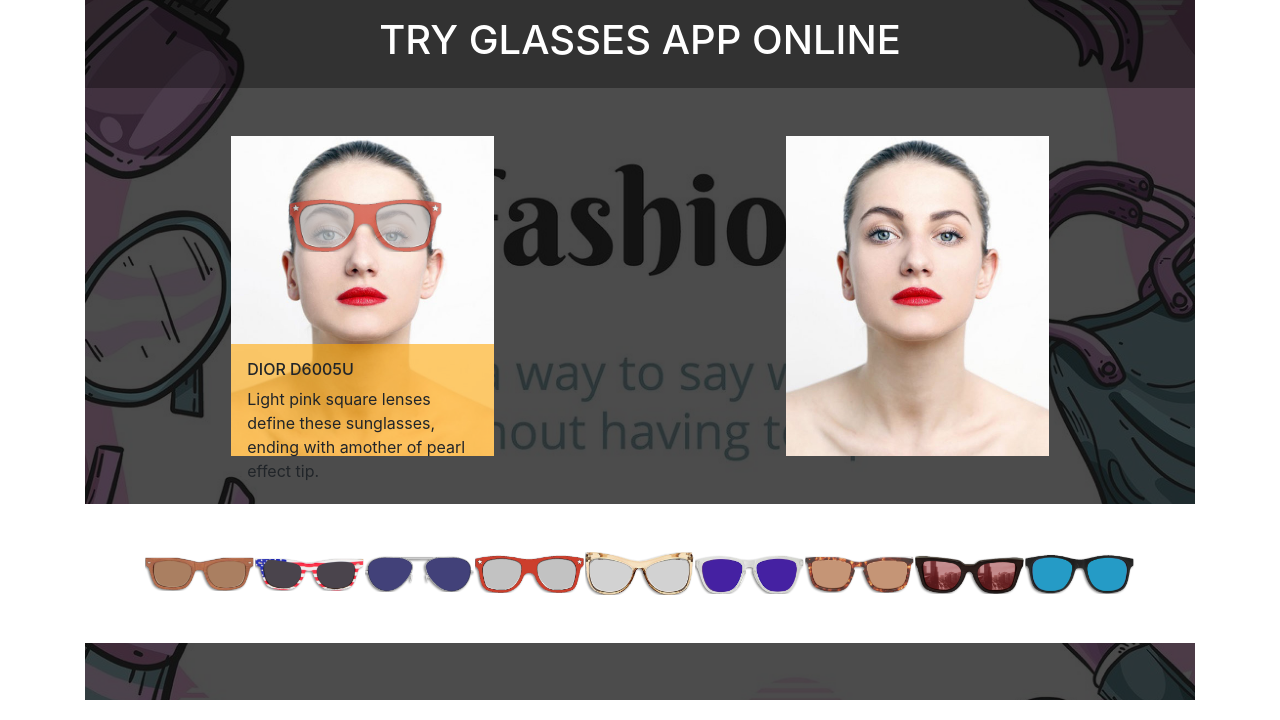
Repository: ducdatit2002/reactjs-try-glasses
Page: /
These files come from the project's save history. The page is drawn as it stood at one moment and after the next save; the edit follows.
The browser window is 1280 px wide. The pictures show the whole page.
The project was rebuilt for these pictures with package versions that can differ from the ones it lists, and the page was loaded fresh each time. Also part of the build but not shown: src/App.css.

Above is the page before, as saved 2023-10-24 19:11:37.

### public/index.html
<!doctype html>
<html lang="en">
  <head>
    <title>Title</title>
    <!-- Required meta tags -->
    <meta charset="utf-8">
    <meta name="viewport" content="width=device-width, initial-scale=1, shrink-to-fit=no">

    <!-- Bootstrap CSS -->
    <link rel="stylesheet" href="https://stackpath.bootstrapcdn.com/bootstrap/4.3.1/css/bootstrap.min.css" integrity="sha384-ggOyR0iXCbMQv3Xipma34MD+dH/1fQ784/j6cY/iJTQUOhcWr7x9JvoRxT2MZw1T" crossorigin="anonymous">
  </head>
  <body>
      <div class="" id="root"></div>
    <!-- Optional JavaScript -->
    <!-- jQuery first, then Popper.js, then Bootstrap JS -->
    <script src="https://code.jquery.com/jquery-3.3.1.slim.min.js" integrity="sha384-q8i/X+965DzO0rT7abK41JStQIAqVgRVzpbzo5smXKp4YfRvH+8abtTE1Pi6jizo" crossorigin="anonymous"></script>
    <script src="https://cdnjs.cloudflare.com/ajax/libs/popper.js/1.14.7/umd/popper.min.js" integrity="sha384-UO2eT0CpHqdSJQ6hJty5KVphtPhzWj9WO1clHTMGa3JDZwrnQq4sF86dIHNDz0W1" crossorigin="anonymous"></script>
    <script src="https://stackpath.bootstrapcdn.com/bootstrap/4.3.1/js/bootstrap.min.js" integrity="sha384-JjSmVgyd0p3pXB1rRibZUAYoIIy6OrQ6VrjIEaFf/nJGzIxFDsf4x0xIM+B07jRM" crossorigin="anonymous"></script>
  </body>
</html>

### src/App.js
import logo from './logo.svg';
import './App.css';
import GlassState from './GlassState/GlassState';
function App() {
  return (
    <div className="container">
      <GlassState/>
    </div>
  );
}

export default App;

### src/GlassState/GlassState.js
import React, { Component } from "react";
import "./GlassState.css";
export default class GlassState extends Component {
  constructor(props) {
    super(props);
    this.state = {
      selectedGlass: null,
    };
  }

  // Hàm xử lý khi người dùng chọn kính
  selectGlass = (glass) => {
    this.setState({
      selectedGlass: glass,
    });
  };
  render() {
    return (
      <div>
        <div
          className="backGround"
          style={{
            backgroundImage: 'url("./glassesImage/background.jpg")',
            backgroundPosition: "center center",
            backgroundRepeat: "no-repeat",
            backgroundSize: "cover",
            height: 700,
          }}
        >
          <div className="overlay">
            <div
              style={{
                backgroundColor: "rgba(0, 0, 0, 0.34)",
                padding: "1rem",
              }}
            >
              <h1 className="display-5 text-white text-center">
                TRY GLASSES APP ONLINE
              </h1>
            </div>
            <div className="container" style={{ height: 560 }}>
              <div className="row mt-5">
                <div className="col-6 text-center">
                  <div className="img">
                    <img
                      className="w-50"
                      src="./glassesImage/model.jpg"
                      alt="model"
                    />
                    <div className="tryGlasses">
                      <img
                        src="./glassesImage/v4.png"
                        alt
                        style={{ width: 154, opacity: "0.7" }}
                      />
                    </div>
                    <div className="content">
                      <h6 className="glass-title">DIOR D6005U</h6>
                      <p className="glass-content">
                        Light pink square lenses define these sunglasses, ending
                        with amother of pearl effect tip.{" "}
                      </p>
                    </div>
                  </div>
                </div>
                <div className="col-6 text-center">
                  <img
                    className="w-50"
                    src="./glassesImage/model.jpg"
                    alt="model"
                  />
                </div>
              </div>
              <div className="row">
                <div className="col-12 p-5 mt-5 bg-white text-center glasses">
                  <span>
                    <img src="./glassesImage/v1.png" style={{ width: 110 }} />
                  </span>
                  <span>
                    <img src="./glassesImage/v2.png" style={{ width: 110 }} />
                  </span>
                  <span>
                    <img src="./glassesImage/v3.png" style={{ width: 110 }} />
                  </span>
                  <span>
                    <img src="./glassesImage/v4.png" style={{ width: 110 }} />
                  </span>
                  <span>
                    <img src="./glassesImage/v5.png" style={{ width: 110 }} />
                  </span>
                  <span>
                    <img src="./glassesImage/v6.png" style={{ width: 110 }} />
                  </span>
                  <span>
                    <img src="./glassesImage/v7.png" style={{ width: 110 }} />
                  </span>
                  <span>
                    <img src="./glassesImage/v8.png" style={{ width: 110 }} />
                  </span>
                  <span>
                    <img src="./glassesImage/v9.png" style={{ width: 110 }} />
                  </span>
                </div>
              </div>
            </div>
          </div>
        </div>
      </div>
    );
  }
}

### src/GlassState/GlassState.css
.backGround {
    position: relative;
}
.overlay {
    content: "";
    position: absolute;
    top: 0;
    right: 0;
    bottom: 0;
    left: 0;
    background-color: rgba(0,0,0,.7);
    width: 100%;
    height: 700px;
}
.img {
    position: relative;
}
.tryGlasses {
    position: absolute;
    left: 36%;
    top: 19%;
}
.content {
    position: absolute;
    background-color: rgba(255,166,0,.575);
    width: 50%;
    height: 35%;
    left: 25%;
    bottom: 0;
    text-align: left;
    padding: 1rem;
}

Loaded but not shown: src/index.js (common file); src/index.css (common file); src/reportWebVitals.js (common file)

After the next save:
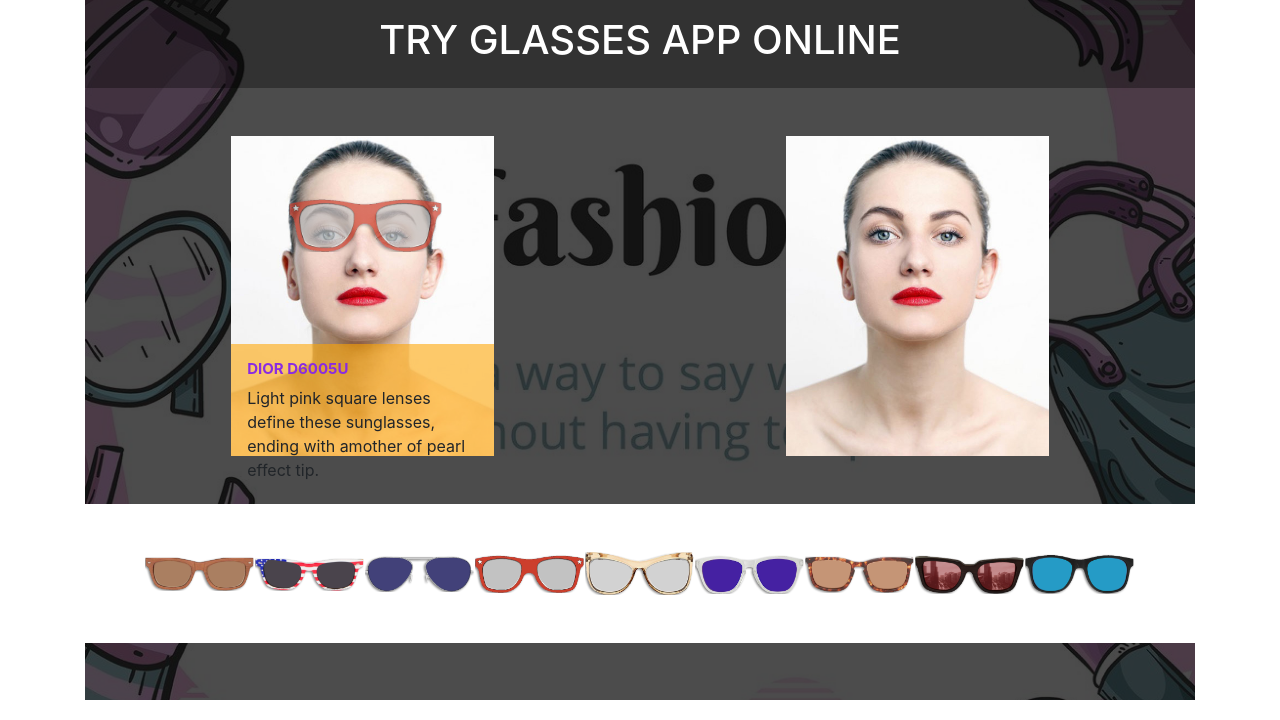
Saved 15 s later.
--- a/src/GlassState/GlassState.css
+++ b/src/GlassState/GlassState.css
@@ -30,3 +30,8 @@
     text-align: left;
     padding: 1rem;
 }
+.content .glass-title {
+    font-size: 15px;
+    font-weight: 700;
+    color: #8a2be2;
+}
